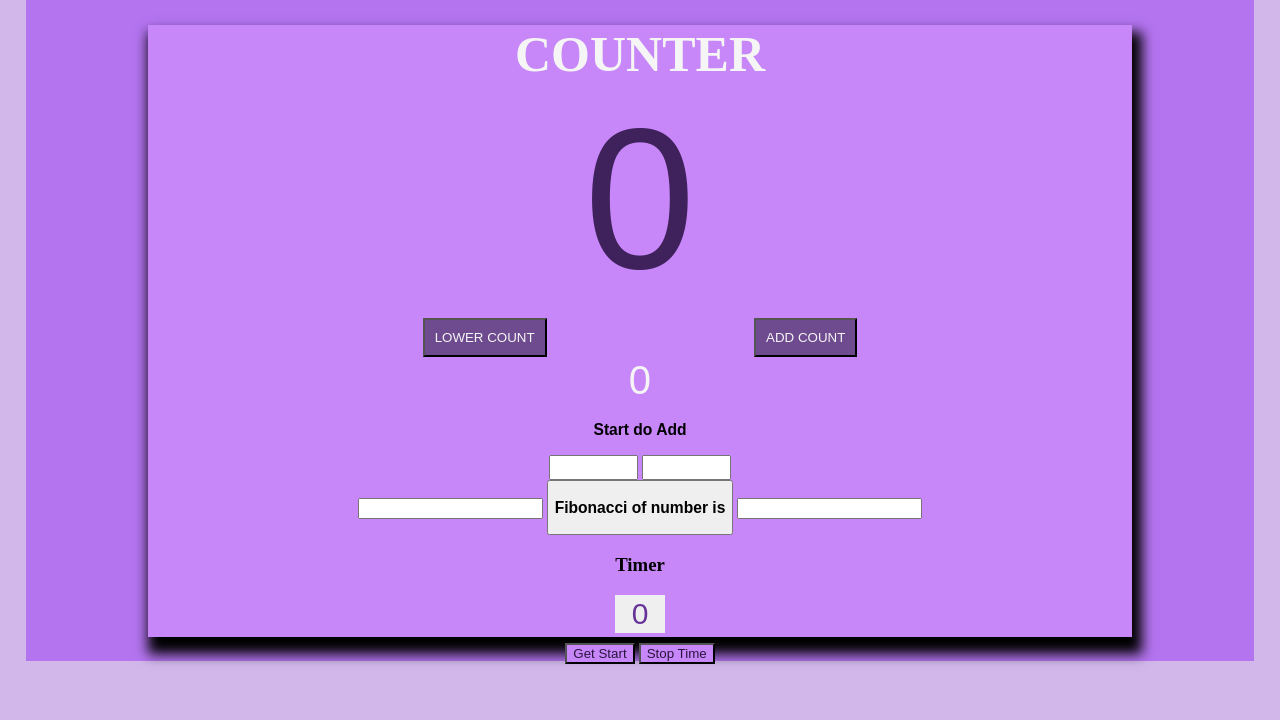
Repository: AnahitKhechumyan/Counter
Page: index.html
The author's editor kept a copy of each file at every save. The page is drawn from the files as they stood at one save, then again after the next save.
The browser window is 1280 px wide. The pictures show the whole page.

Above is the page before, as saved 2022-02-15 23:54:08.

### index.html
<!DOCTYPE html>
<html lang="en">
<head>
    <meta charset="UTF-8">
    <meta http-equiv="X-UA-Compatible" content="IE=edge">
    <meta name="viewport" content="width=device-width, initial-scale=1.0">
    <link rel="stylesheet" href="style.css">
    <title>Counter</title>
</head>
<body>
    <div class="container">
       <div class="main">
            <div class="header">COUNTER</div>
            <button class= "counter">0</button>
            <div class = "change">
                 <button class ="decrement" type="button">LOWER COUNT</button>
                 <button class ="increment" type="button">ADD COUNT</button>
            </div>
            <button class= "sum">0</button> <br>
            <button class= "add" type="button"><h3>Start do Add</h3></button>
            <div >
                <input class ="firstInput" type="text" />
                <input class ="secondInput" type = "text"/>
           </div>
           <input class= "inputNumber" type="text"/>
           <button class= "fibonacci" type="button"><h3>Fibonacci of number is</h3></button>
           <input class= "inputFibonacci" type="text"/>
           <h3>Timer</h3>
           <button class= "timer">0</button>
            <div>
                <button class ="getTime">Get Start</button>
                <button class ="stopTime">Stop Time</button>
           </div>
        </div>
    </div>
    <script src= "script.js"></script>
</body>
</html>

### style.css
body{
    margin: 0;
    background-color: rgb(210, 183, 235);
}
.container{
    background-color: rgb(180, 116, 240);
    width: 96%;
    height: 90vh;
    margin-right:2%;
    margin-left:2%;

    padding-top: 1%;

}
.main{
    background-color: rgb(199, 135, 248);
    width: 80%;
    height: 85vh;
    margin: 1% 10%;
    box-shadow: 5px 12px 12px 5px;
    text-align: center;
}
.header{
    text-align: center;
    color:whitesmoke;
    font-size: 50px;
    font-weight: 700;
}

.counter{
    border:none;
    font-size:200px;
    color:rgb(63, 33, 92);
    background-color:rgb(199, 135, 248) ;

}
 .change{
     background-color:  rgb(199, 135, 248);
     font-size: 30px;
 }
.decrement{
    padding:10px;
    margin-right: 100px;
   background-color: rgb(110, 74, 143);
   color:whitesmoke;
}
.decrement:hover{
    background-color:whitesmoke;
    color:rgb(110, 74, 143);
    cursor:pointer;
}
.increment{
    padding:10px;
    margin-left: 100px;
    background-color: rgb(110, 74, 143);
    color:whitesmoke;
}
.increment:hover{
    background-color:whitesmoke;
    color:rgb(110, 74, 143);
    cursor:pointer;
}
.sum{
    border:none;
    background-color: rgb(199, 135, 248);
    color:whitesmoke;
    font-size: 40px;
}
.firstInput, .secondInput{
    width: 8%;
    padding:3px;
}
.timer{
    padding:2px 3px;
    font-size: 30px;
   width: 5%;
   border:none;
   color:rebeccapurple;
}

.getTime, .stopTime{
    margin-top:1%;
    background-color:rgb(199, 135, 248);
    color:rgb(41, 20, 61);
    cursor:pointer;
}
.getTime:hover, .stopTime:hover{
    background-color: whitesmoke;
    font-weight: 200;
}
h3{
    cursor:pointer;
}
.add{
    border:none;
    background-color: rgb(199, 135, 248);
}

### script.js
let counterElem = document.querySelector('.counter');
let addCount = document.querySelector('.increment');
let lowerCount =document.querySelector('.decrement');
let getTimer = document.querySelector('.getTime');
let stopTimer = document.querySelector('.stopTime');
let goTimer = document.querySelector('.timer');
let startAdd = document.querySelector('.add');
let addSum = document.querySelector('.sum');
let firstNum = document.querySelector('.firstInput');
let secondNum = document.querySelector('.secondInput');


    let count = 0;
    updateDisplay();

 addCount.addEventListener("click",()=>{
    count++;
    updateDisplay();
});
lowerCount.addEventListener("click",()=>{
    count--;
    updateDisplay();
});

function updateDisplay(){
    counterElem.innerHTML = count;
};


startAdd.addEventListener("click",()=>{
    let x = firstNum.value;
    let y = secondNum.value;
   addSum.innerHTML = add(x)(y);
   firstNum.value= " ";
   secondNum.value = " ";

});

 let sum = 0;
function add(x){
    return  function(y){
     return Number(x) + Number(y);
    }
};


    countTime=0;
 function getTime(){
    countTime++;
    goTimer.innerHTML = countTime;
 }
   let timer = 0;
  getTimer.addEventListener("click",()=>{
    timer = setInterval(getTime,1000);
});

stopTimer.addEventListener("click",()=>{
    clearInterval(timer);
    countTime = 0;
    goTimer.innerHTML = 0;
});

After the next save:
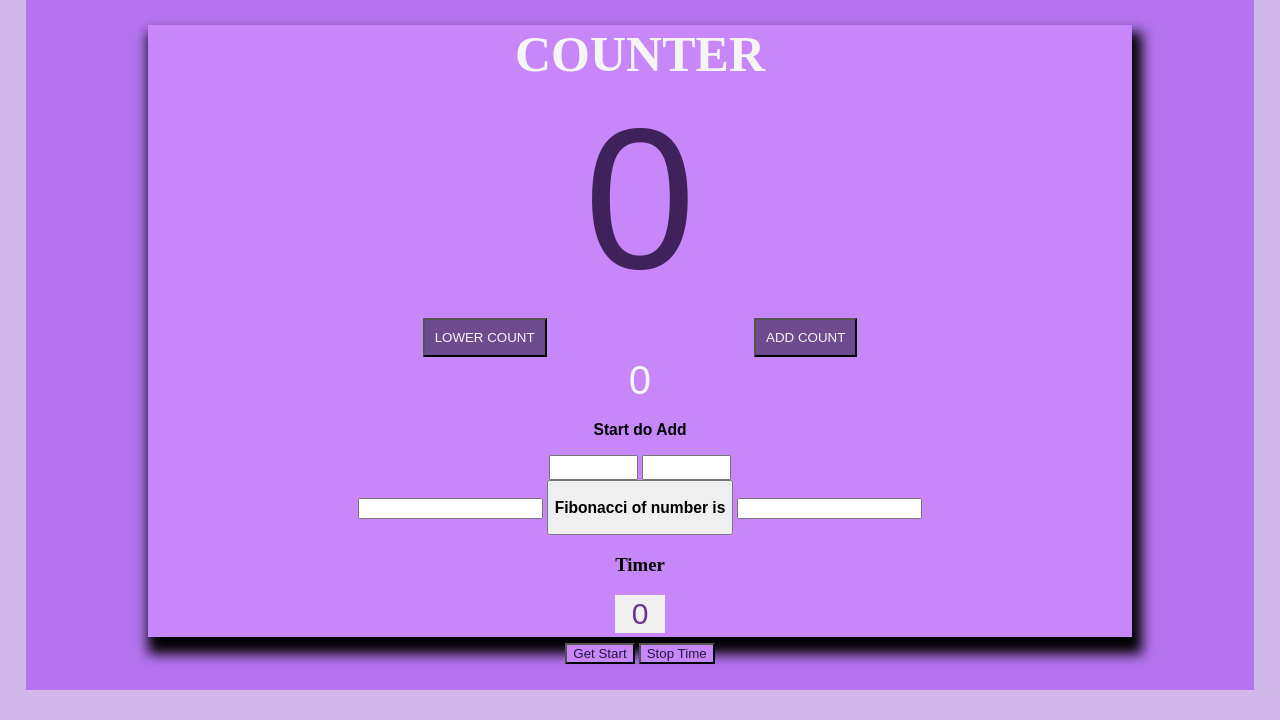
Saved 28 s later.
--- a/style.css
+++ b/style.css
@@ -5,7 +5,7 @@ body{
 .container{
     background-color: rgb(180, 116, 240);
     width: 96%;
-    height: 90vh;
+    height: 94vh;
     margin-right:2%;
     margin-left:2%;
 
